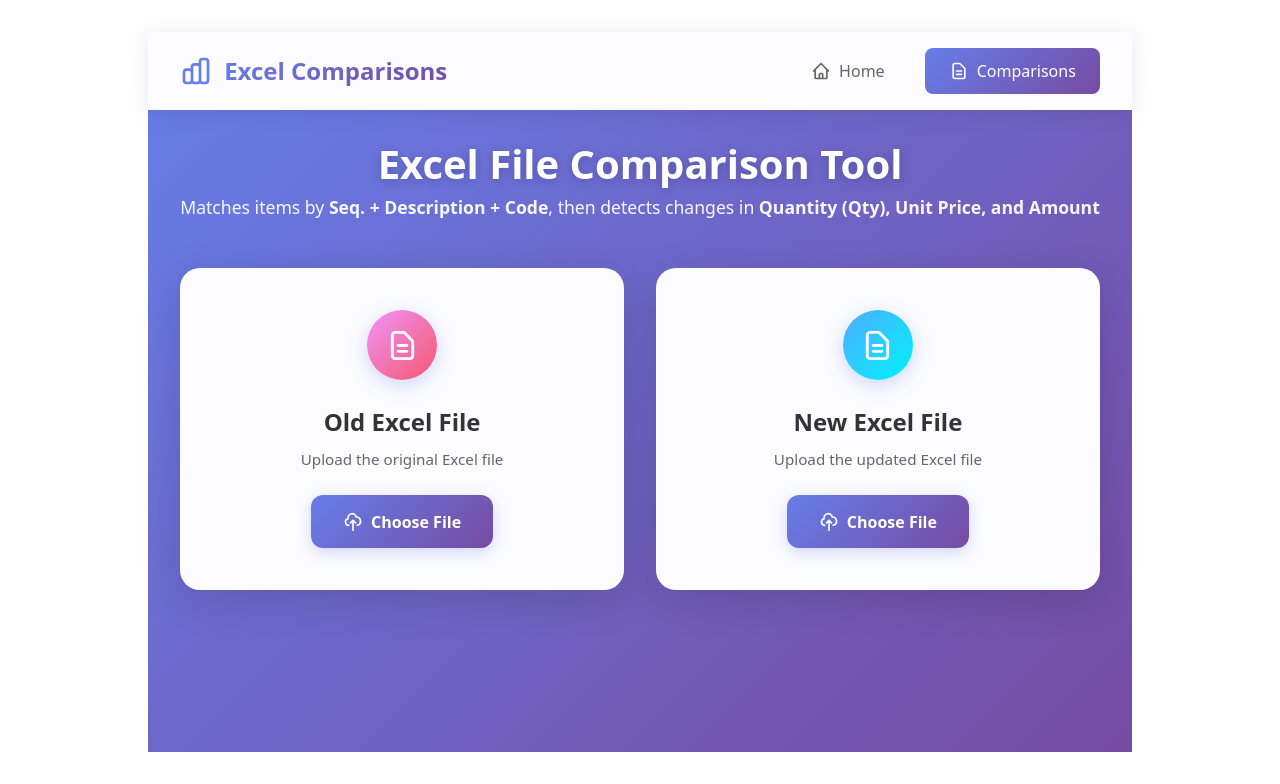
Repository: eidimontaha18-maker/compareexcels
Page: /
These files come from the project's save history. The page is drawn as it stood at one moment and after the next save; the edit follows.
The browser window is 1280 px wide. The pictures show the whole page.
The project was rebuilt for these pictures with package versions that can differ from the ones it lists, and the page was loaded fresh each time. Also part of the build but not shown: vite.config.ts.

Above is the page before, as saved 2025-10-16 14:45:48.

After the next save:
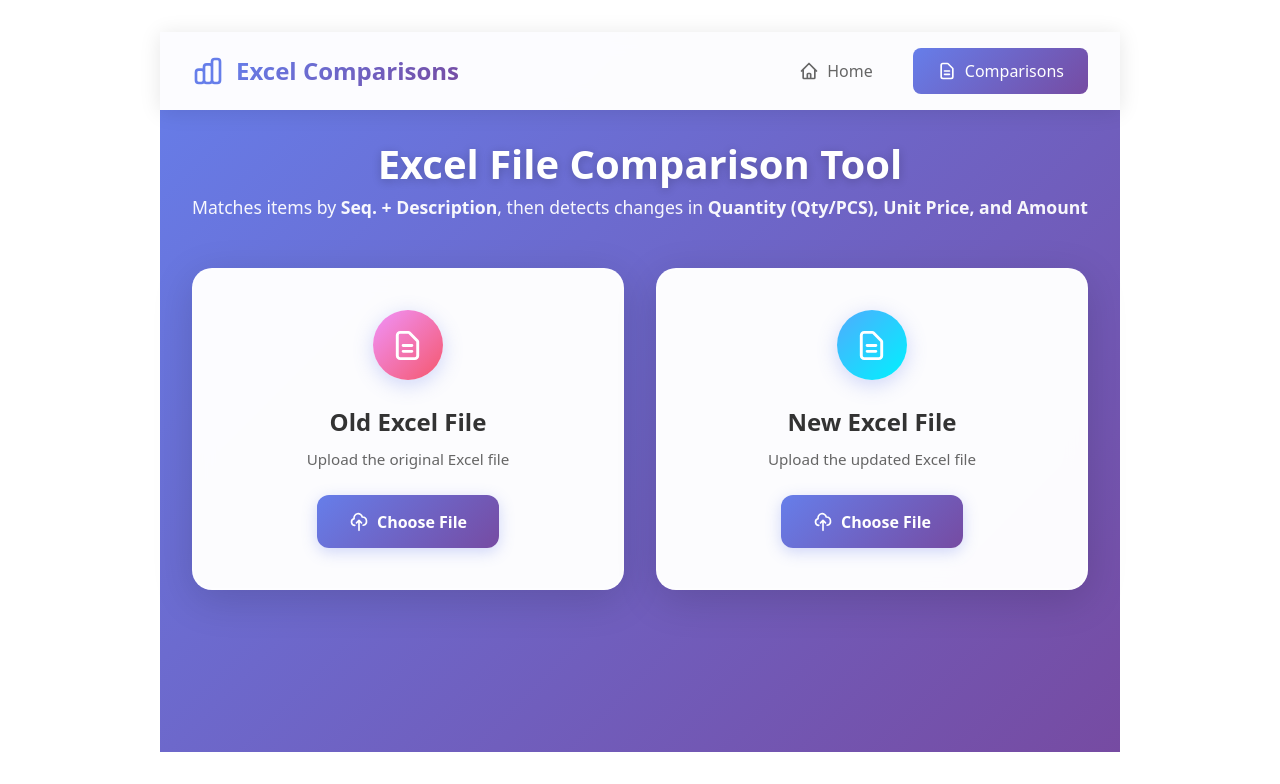
Saved 30 s later.
--- a/src/pages/index.tsx
+++ b/src/pages/index.tsx
@@ -465,7 +465,7 @@ const Dashboard: React.FC = () => {
       <div className="dashboard-content">
         <header className="page-header">
           <h1>Excel File Comparison Tool</h1>
-          <p>Matches items by <strong>Seq. + Description + Code</strong>, then detects changes in <strong>Quantity (Qty), Unit Price, and Amount</strong></p>
+          <p>Matches items by <strong>Seq. + Description</strong>, then detects changes in <strong>Quantity (Qty/PCS), Unit Price, and Amount</strong></p>
         </header>
 
         {/* Upload Section */}
